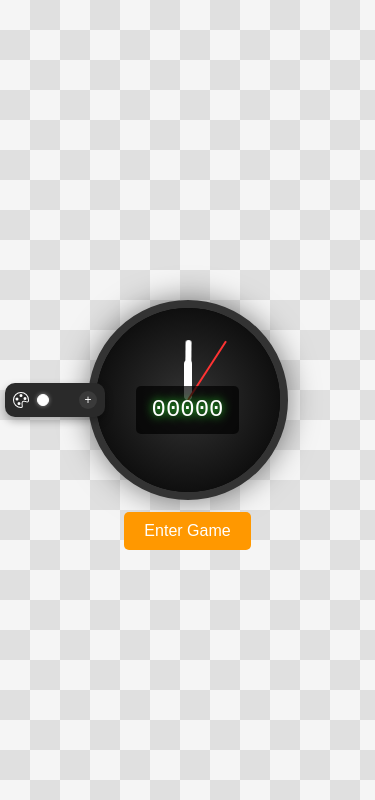
Repository: Moshikol/clicker-battleship
Page: /
An editor plug-in stored every save of this project. The page is shown before and after the next save, followed by the edit.
The browser window is 375 px wide. The pictures show the whole page.
Some web fonts or font styles are not loaded; a fallback is used. The project was rebuilt for these pictures with package versions that can differ from the ones it lists, and the page was loaded fresh each time. Also part of the build but not shown: webpack.config.js, src/components/clicker/Clicker.module.css, src/components/clicker/Clicker.tsx, src/components/grid/ShipPlacement.module.css, src/components/grid/ShipPlacement.tsx, src/components/grid/Grid.module.css, src/components/grid/Grid.tsx, src/components/game/GameBoard.module.css and 5 more.

Above is the page before, as saved 2025-03-18 20:58:40.

### public/index.html
<!DOCTYPE html>
<html lang="en">
<head>
  <meta charset="UTF-8">
  <meta name="viewport" content="width=device-width, initial-scale=1.0">
  <title>Clicker Battleship</title>
  <link rel="icon" href="favicon.ico" />
</head>
<body>
  <div id="root"></div>
</body>
</html>

### src/App.tsx
import React, { useEffect, useState } from 'react';
import { Provider } from 'react-redux';
import { store } from './store/store';
import { Watch } from './components/watch/Watch';
import { Game } from './components/game/Game';
import { useSelector, useDispatch } from 'react-redux';
import { RootState } from './store/store';
import { autoClickTick } from './store/gameSlice';
import ColorPicker from './components/ui/ColorPicker';
import './styles/global.css';

// Component that handles auto-clicking
const AutoClickHandler: React.FC = () => {
  const dispatch = useDispatch();
  const { upgrades } = useSelector((state: RootState) => state.game);

  // Set up auto-clicker interval
  useEffect(() => {
    const autoClickInterval = setInterval(() => {
      if (upgrades.autoClickersCount > 0) {
        dispatch(autoClickTick());
      }
    }, 1000);

    return () => clearInterval(autoClickInterval);
  }, [dispatch, upgrades.autoClickersCount]);

  return null;
};

// Navigation context
export const NavigationContext = React.createContext({
  navigateTo: (page: string) => {},
  currentPage: 'watch'
});

// Main app with navigation
const AppContent: React.FC = () => {
  const [currentPage, setCurrentPage] = useState('watch');

  const navigateTo = (page: string) => {
    setCurrentPage(page);
  };

  return (
    <NavigationContext.Provider value={{ navigateTo, currentPage }}>
      <AutoClickHandler />
      <ColorPicker />
      {currentPage === 'watch' && <Watch />}
      {currentPage === 'game' && <Game />}
    </NavigationContext.Provider>
  );
};

// Root component with Redux Provider
const App: React.FC = () => {
  return (
    <Provider store={store}>
      <AppContent />
    </Provider>
  );
};

export default App;

### src/store/store.ts
import { configureStore } from '@reduxjs/toolkit';
import gameReducer from './gameSlice';
import { loadGameState, saveGameState, clearGameState } from '../utils/storage';

// Clear any existing saved state to start fresh
clearGameState();

// Load saved state if available (will be null now)
const preloadedState = loadGameState();

export const store = configureStore({
  reducer: {
    game: gameReducer,
  },
  preloadedState: preloadedState ? { game: preloadedState } : undefined,
});

// Subscribe to store changes to save state
store.subscribe(() => {
  saveGameState(store.getState().game);
});

export type AppDispatch = typeof store.dispatch;
export type RootState = ReturnType<typeof store.getState>;

### src/components/watch/Watch.tsx
import React, { useState, useContext } from 'react';
import { useSelector, useDispatch } from 'react-redux';
import { RootState } from '../../store/store';
import { click, earnCoins } from '../../store/gameSlice';
import { NavigationContext } from '../../App';
import { useMobileControls } from '../../hooks/useMobileControls';
import styles from './Watch.module.css';

export const Watch: React.FC = () => {
  const dispatch = useDispatch();
  const { resources, stats, counterColor } = useSelector((state: RootState) => state.game);
  const { navigateTo } = useContext(NavigationContext);
  const [isWatchActive, setIsWatchActive] = useState(false);
  const { vibrate, isMobileDevice } = useMobileControls();

  // Handle the click on the watch button
  const handleWatchClick = () => {
    dispatch(click());
    dispatch(earnCoins());

    // Visual feedback - briefly activate the watch
    setIsWatchActive(true);
    setTimeout(() => setIsWatchActive(false), 200);

    // Provide vibration feedback on mobile devices
    if (isMobileDevice()) {
      vibrate(50);
    }
  };

  // Format the click counter display
  const formatClickDisplay = () => {
    console.log('Current total clicks:', stats.totalClicks);
    return stats.totalClicks.toString().padStart(5, '0');
  };

  return (
    <div className={styles.watchContainer}>
      <div className={`${styles.watch} ${isWatchActive ? styles.active : ''}`}>
        <div className={styles.watchface} onClick={handleWatchClick}>
          <div className={styles.clockHands}>
            <div className={styles.hourHand}></div>
            <div className={styles.minuteHand}></div>
            <div className={styles.secondHand}></div>
          </div>
          <div className={styles.clickCounter} style={{ color: counterColor }}>
            {formatClickDisplay()}
          </div>
        </div>
        <div className={styles.watchControls}>
          <button
            className={styles.gameButton}
            onClick={() => navigateTo('game')}
          >
            Enter Game
          </button>
        </div>
      </div>

      {isMobileDevice() && (
        <div className={styles.mobileHint}>
          <p>Tip: Use the volume down button to click!</p>
        </div>
      )}
    </div>
  );
};

### src/components/ui/ColorPicker.tsx
import React, { useEffect, useState } from 'react';
import { useDispatch, useSelector } from 'react-redux';
import { RootState } from '../../store/store';
import { setCounterColor } from '../../store/gameSlice';
import styles from './ColorPicker.module.css';

// Define more visible colors
const COLORS = [
  '#FF0000', // Red
  '#FF7F00', // Orange
  '#FFFF00', // Yellow
  '#00FF00', // Green
  '#0000FF', // Blue
  '#4B0082', // Indigo
  '#9400D3', // Violet
  '#FF1493', // Deep Pink
  '#00FFFF', // Cyan
  '#FF00FF', // Magenta
  '#FFFFFF', // White
  '#00FF7F', // Spring Green
];

const ColorPicker: React.FC = () => {
  const dispatch = useDispatch();
  const currentColor = useSelector((state: RootState) => state.game.counterColor);
  const [isExpanded, setIsExpanded] = useState(false);

  // Log the current color for debugging
  useEffect(() => {
    console.log('ColorPicker - Current color in Redux store:', currentColor);
  }, [currentColor]);

  const handleColorSelect = (color: string) => {
    console.log('ColorPicker - Setting color to:', color);
    dispatch(setCounterColor(color));
  };

  const toggleExpanded = () => {
    setIsExpanded(!isExpanded);
  };

  // Handle click on the entire collapsed picker
  const handlePickerClick = (e: React.MouseEvent) => {
    if (!isExpanded) {
      toggleExpanded();
    }
  };

  // SVG icon for the color palette when collapsed
  const ColorPaletteIcon = () => (
    <svg xmlns="http://www.w3.org/2000/svg" width="16" height="16" fill="currentColor" viewBox="0 0 16 16" className={styles.paletteIcon}>
      <path d="M8 5a1.5 1.5 0 1 0 0-3 1.5 1.5 0 0 0 0 3zm4 3a1.5 1.5 0 1 0 0-3 1.5 1.5 0 0 0 0 3zM5.5 7a1.5 1.5 0 1 1-3 0 1.5 1.5 0 0 1 3 0zm.5 6a1.5 1.5 0 1 0 0-3 1.5 1.5 0 0 0 0 3z"/>
      <path d="M16 8c0 3.15-1.866 2.585-3.567 2.07C11.42 9.763 10.465 9.473 10 10c-.603.683-.475 1.819-.351 2.92C9.826 14.495 9.996 16 8 16a8 8 0 1 1 8-8zm-8 7c.611 0 .654-.171.655-.176.078-.146.124-.464.07-1.119-.014-.168-.037-.37-.061-.591-.052-.464-.112-1.005-.118-1.462-.01-.707.083-1.61.704-2.314.369-.417.845-.578 1.272-.618.404-.038.812.026 1.16.104.343.077.702.186 1.025.284l.028.008c.346.105.658.199.953.266.653.148.904.083.991.024C14.717 9.38 15 9.161 15 8a7 7 0 1 0-7 7z"/>
    </svg>
  );

  return (
    <div
      className={`${styles.colorPicker} ${!isExpanded ? styles.collapsed : ''}`}
      onClick={!isExpanded ? handlePickerClick : undefined}
    >
      <div className={styles.header}>
        {isExpanded ? (
          <h3 className={styles.title}>Counter Color</h3>
        ) : (
          <div className={styles.collapsedIcon}>
            <ColorPaletteIcon />
            <div
              className={styles.currentColorDot}
              style={{ backgroundColor: currentColor }}
              title="Current color"
            />
          </div>
        )}
        <button
          className={styles.toggleButton}
          onClick={(e) => {
            e.stopPropagation();
            toggleExpanded();
          }}
          aria-label={isExpanded ? "Collapse color picker" : "Expand color picker"}
        >
          {isExpanded ? '−' : '+'}
        </button>
      </div>

      {isExpanded && (
        <>
          <div className={styles.colorGrid}>
            {COLORS.map((color, index) => (
              <div
                key={index}
                className={`${styles.colorOption} ${color === currentColor ? styles.selected : ''}`}
                style={{ backgroundColor: color }}
                onClick={(e) => {
                  e.stopPropagation();
                  handleColorSelect(color);
                }}
                title={color}
              />
            ))}
          </div>
          <div className={styles.currentColor}>
            <span>Current: </span>
            <span style={{ color: currentColor, fontWeight: 'bold' }}>Sample Text</span>
          </div>
        </>
      )}
    </div>
  );
};

export default ColorPicker;

### src/styles/global.css
* {
  margin: 0;
  padding: 0;
  box-sizing: border-box;
}

body {
  font-family: -apple-system, BlinkMacSystemFont, 'Segoe UI', Roboto, Oxygen,
    Ubuntu, Cantarell, 'Open Sans', 'Helvetica Neue', sans-serif;
  line-height: 1.6;
  background-color: #f0f2f5;
  color: #333;
  overflow-x: hidden;
}

/* Digital font for watch display */
.digital-font {
  font-family: 'Digital-7', monospace;
}

button {
  cursor: pointer;
  border: none;
  outline: none;
}

a {
  text-decoration: none;
  color: inherit;
}

h1, h2, h3, h4, h5, h6 {
  margin-bottom: 0.5rem;
}

/* Utility classes */
.text-center {
  text-align: center;
}

.container {
  max-width: 1200px;
  margin: 0 auto;
  padding: 0 1rem;
}

/* Responsive adjustments */
@media (max-width: 768px) {
  .container {
    padding: 0 0.5rem;
  }
}

@media (max-width: 480px) {
  html {
    font-size: 14px;
  }
}

.app {
  min-height: 100vh;
  display: flex;
  flex-direction: column;
}

header {
  text-align: center;
  padding: 2rem;
  background-color: #2196f3;
  color: white;
}

h1 {
  font-size: 2.5rem;
  margin-bottom: 0.5rem;
}

main {
  flex: 1;
  padding: 2rem;
}

.game-container {
  max-width: 1200px;
  margin: 0 auto;
}

footer {
  text-align: center;
  padding: 1.5rem;
  background-color: #333;
  color: white;
  margin-top: 2rem;
}

/* Tabs */
.tabs {
  display: flex;
  margin-bottom: 2rem;
  border-bottom: 1px solid #ddd;
}

.tab {
  padding: 1rem 2rem;
  background: none;
  border: none;
  border-bottom: 3px solid transparent;
  font-size: 1rem;
  font-weight: bold;
  color: #666;
  transition: all 0.3s;
}

.tab.active {
  color: #2196f3;
  border-bottom-color: #2196f3;
}

.tab:hover:not(.active) {
  color: #1976d2;
  border-bottom-color: #bbdefb;
}

/* Responsive adjustments */
@media (max-width: 768px) {
  .game-container {
    padding: 0 1rem;
  }

  h1 {
    font-size: 2rem;
  }
}

@media (max-width: 480px) {
  header {
    padding: 1.5rem;
  }

  h1 {
    font-size: 1.75rem;
  }

  main {
    padding: 1rem;
  }
}

### src/utils/storage.ts
import { GameState } from '../store/types';

const STORAGE_KEY = 'clicker_battleship_game_state';
const LEADERBOARD_KEY = 'clicker_battleship_leaderboard';

export interface LeaderboardEntry {
  playerName: string;
  score: number;
  date: string;
  shipsSunk: number;
  bombsLaunched: number;
  hitsLanded: number;
}

export const saveGameState = (state: GameState): void => {
  try {
    localStorage.setItem(STORAGE_KEY, JSON.stringify(state));
  } catch (error) {
    console.error('Failed to save game state:', error);
  }
};

export const loadGameState = (): GameState | null => {
  try {
    const savedState = localStorage.getItem(STORAGE_KEY);
    if (savedState) {
      return JSON.parse(savedState);
    }
  } catch (error) {
    console.error('Failed to load game state:', error);
  }
  return null;
};

export const clearGameState = (): void => {
  try {
    localStorage.removeItem(STORAGE_KEY);
  } catch (error) {
    console.error('Failed to clear game state:', error);
  }
};

export const saveToLeaderboard = (entry: LeaderboardEntry): void => {
  try {
    const leaderboard = getLeaderboard();
    leaderboard.push(entry);

    // Sort by score in descending order
    leaderboard.sort((a, b) => b.score - a.score);

    // Keep only top 10 entries
    const topEntries = leaderboard.slice(0, 10);

    localStorage.setItem(LEADERBOARD_KEY, JSON.stringify(topEntries));
  } catch (error) {
    console.error('Failed to save to leaderboard:', error);
  }
};

export const getLeaderboard = (): LeaderboardEntry[] => {
  try {
    const leaderboard = localStorage.getItem(LEADERBOARD_KEY);
    if (leaderboard) {
      return JSON.parse(leaderboard);
    }
  } catch (error) {
    console.error('Failed to get leaderboard:', error);
  }
  return [];
};

export const calculateScore = (state: GameState): number => {
  // Calculate score based on various factors
  const resourceScore = state.resources.coins * 0.1;
  const upgradeScore =
    state.upgrades.clickMultiplier * 50 +
    state.upgrades.autoClickersCount * 100 +
    state.upgrades.bombEfficiency * 200 +
    state.upgrades.shieldStrength * 150;
  const statsScore =
    state.stats.hitsLanded * 20 +
    state.stats.shipsSunk * 100 -
    state.stats.bombsLaunched * 5;

  return Math.floor(resourceScore + upgradeScore + statsScore);
};

### src/hooks/useMobileControls.ts
import { useEffect } from 'react';
import { useDispatch } from 'react-redux';
import { click } from '../store/gameSlice';

export const useMobileControls = () => {
  const dispatch = useDispatch();

  useEffect(() => {
    // Function to handle volume button presses
    const handleVolumeButtonPress = (e: KeyboardEvent) => {
      // Check for volume down key (code 175 is for volume down)
      if (e.keyCode === 175 || e.key === 'VolumeDown') {
        e.preventDefault(); // Prevent default browser action

        // Trigger click action
        dispatch(click());

        // Vibrate if supported (100ms vibration)
        if ('vibrate' in navigator) {
          navigator.vibrate(100);
        }
      }
    };

    // Add event listener for keydown events
    window.addEventListener('keydown', handleVolumeButtonPress);

    // Clean up on unmount
    return () => {
      window.removeEventListener('keydown', handleVolumeButtonPress);
    };
  }, [dispatch]);

  // Method to trigger vibration
  const vibrate = (duration: number = 100) => {
    if ('vibrate' in navigator) {
      navigator.vibrate(duration);
    }
  };

  // Check if device has vibration support
  const hasVibrationSupport = () => {
    return 'vibrate' in navigator;
  };

  // Method to check if the app is running on a mobile device
  const isMobileDevice = () => {
    return /Android|webOS|iPhone|iPad|iPod|BlackBerry|IEMobile|Opera Mini/i.test(navigator.userAgent);
  };

  return {
    vibrate,
    hasVibrationSupport,
    isMobileDevice,
  };
};

### src/components/ui/ColorPicker.module.css
.colorPicker {
  position: fixed;
  left: 20px;
  top: 50%;
  transform: translateY(-50%);
  background-color: #2a2a2a;
  border-radius: 10px;
  padding: 15px;
  box-shadow: 0 4px 8px rgba(0, 0, 0, 0.3);
  z-index: 100;
  width: 150px;
  transition: all 0.3s ease;
}

.colorPicker:hover {
  transform: translateY(-50%) translateX(5px);
}

.header {
  display: flex;
  justify-content: space-between;
  align-items: center;
  margin-bottom: 15px;
}

.collapsed .header {
  margin-bottom: 0;
}

.title {
  color: #ffffff;
  font-size: 16px;
  margin: 0;
  text-align: left;
}

.toggleButton {
  background-color: #3a3a3a;
  color: white;
  border: none;
  border-radius: 50%;
  width: 24px;
  height: 24px;
  font-size: 16px;
  display: flex;
  align-items: center;
  justify-content: center;
  cursor: pointer;
  transition: background-color 0.2s;
  padding: 0;
  line-height: 1;
}

.toggleButton:hover {
  background-color: #505050;
}

.collapsed {
  width: auto;
  min-width: 85px;
  padding: 10px;
  cursor: pointer;
  transition: all 0.3s ease;
}

.collapsed:hover {
  background-color: #3a3a3a;
  box-shadow: 0 4px 12px rgba(0, 0, 0, 0.4);
}

.collapsed:active {
  transform: translateY(-50%) scale(0.97);
}

.collapsedIcon {
  display: flex;
  align-items: center;
  gap: 8px;
}

.paletteIcon {
  color: #ffffff;
  transition: color 0.2s;
}

.collapsed:hover .paletteIcon {
  color: #aaaaaa;
}

.currentColorDot {
  width: 16px;
  height: 16px;
  border-radius: 50%;
  border: 1px solid #ffffff;
  box-shadow: 0 0 4px rgba(255, 255, 255, 0.5);
  transition: transform 0.2s, box-shadow 0.2s;
}

.collapsed:hover .currentColorDot {
  transform: scale(1.1);
  box-shadow: 0 0 6px rgba(255, 255, 255, 0.7);
}

.colorGrid {
  display: grid;
  grid-template-columns: repeat(3, 1fr);
  grid-gap: 10px;
  margin-bottom: 15px;
}

.colorOption {
  width: 30px;
  height: 30px;
  border-radius: 50%;
  cursor: pointer;
  transition: transform 0.2s, box-shadow 0.2s;
  border: 2px solid transparent;
}

.colorOption:hover {
  transform: scale(1.1);
  box-shadow: 0 0 8px rgba(255, 255, 255, 0.5);
}

.selected {
  border: 2px solid #ffffff;
  box-shadow: 0 0 8px rgba(255, 255, 255, 0.8);
}

.currentColor {
  margin-top: 10px;
  text-align: center;
  color: #ffffff;
  font-size: 14px;
}

@media (max-width: 768px) {
  .colorPicker {
    left: 10px;
    padding: 10px;
    width: 120px;
  }

  .colorGrid {
    grid-template-columns: repeat(3, 1fr);
    grid-gap: 8px;
  }

  .colorOption {
    width: 25px;
    height: 25px;
  }

  .title {
    font-size: 14px;
    margin-bottom: 10px;
  }

  .toggleButton {
    width: 20px;
    height: 20px;
    font-size: 14px;
  }

  .currentColorDot {
    width: 14px;
    height: 14px;
  }
}

@media (max-width: 480px) {
  .colorPicker {
    left: 5px;
    padding: 8px;
    width: 100px;
  }

  .colorGrid {
    grid-gap: 6px;
  }

  .colorOption {
    width: 20px;
    height: 20px;
  }

  .title {
    font-size: 12px;
    margin-bottom: 8px;
  }

  .toggleButton {
    width: 18px;
    height: 18px;
    font-size: 12px;
  }

  .currentColorDot {
    width: 12px;
    height: 12px;
  }
}

Loaded but not shown: src/index.tsx (common file); src/store/gameSlice.ts (635 lines, source omitted); src/components/watch/Watch.module.css (557 lines, source omitted)

After the next save:
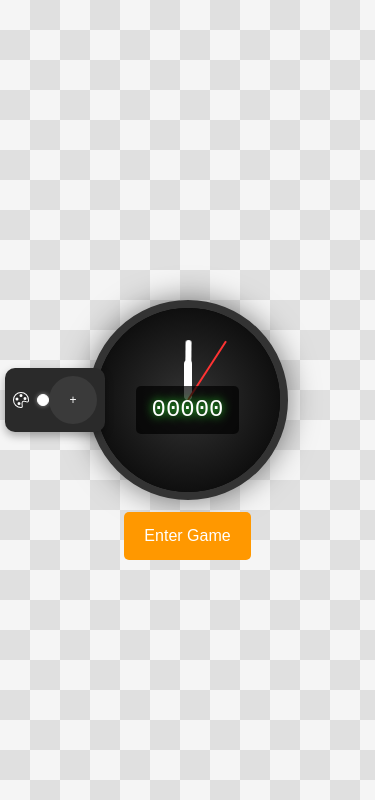
Saved 47 s later.
--- a/src/styles/global.css
+++ b/src/styles/global.css
@@ -2,15 +2,36 @@
   margin: 0;
   padding: 0;
   box-sizing: border-box;
+  -webkit-tap-highlight-color: transparent; /* Remove tap highlight on mobile */
+}
+
+:root {
+  --primary-color: #2196f3;
+  --secondary-color: #4CAF50;
+  --accent-color: #FF9800;
+  --text-color: #333;
+  --background-color: #f0f2f5;
+}
+
+html {
+  height: 100%;
+  overflow-x: hidden;
 }
 
 body {
   font-family: -apple-system, BlinkMacSystemFont, 'Segoe UI', Roboto, Oxygen,
     Ubuntu, Cantarell, 'Open Sans', 'Helvetica Neue', sans-serif;
   line-height: 1.6;
-  background-color: #f0f2f5;
-  color: #333;
+  background-color: var(--background-color);
+  color: var(--text-color);
   overflow-x: hidden;
+  min-height: 100%;
+  position: relative;
+  /* Disable pull-to-refresh on mobile */
+  overscroll-behavior-y: contain;
+  /* Prevent text selection on mobile */
+  -webkit-user-select: none;
+  user-select: none;
 }
 
 /* Digital font for watch display */
@@ -22,6 +43,9 @@ button {
   cursor: pointer;
   border: none;
   outline: none;
+  /* Improve touch target size on mobile */
+  min-height: 44px;
+  min-width: 44px;
 }
 
 a {
@@ -44,16 +68,35 @@ h1, h2, h3, h4, h5, h6 {
   padding: 0 1rem;
 }
 
+/* Mobile fullscreen for PWA */
+@media all and (display-mode: fullscreen) {
+  body {
+    padding: env(safe-area-inset-top) env(safe-area-inset-right) env(safe-area-inset-bottom) env(safe-area-inset-left);
+  }
+}
+
 /* Responsive adjustments */
 @media (max-width: 768px) {
   .container {
     padding: 0 0.5rem;
   }
+
+  button {
+    /* Increase touch target size on mobile */
+    min-height: 48px;
+    min-width: 48px;
+    padding: 0.75rem 1rem;
+  }
 }
 
 @media (max-width: 480px) {
   html {
     font-size: 14px;
+  }
+
+  /* Improves touch interaction on small screens */
+  .clickable {
+    padding: 0.75rem;
   }
 }
 
@@ -66,7 +109,7 @@ h1, h2, h3, h4, h5, h6 {
 header {
   text-align: center;
   padding: 2rem;
-  background-color: #2196f3;
+  background-color: var(--primary-color);
   color: white;
 }
 
@@ -98,6 +141,8 @@ footer {
   display: flex;
   margin-bottom: 2rem;
   border-bottom: 1px solid #ddd;
+  overflow-x: auto; /* Enable horizontal scrolling on mobile */
+  -webkit-overflow-scrolling: touch; /* Smooth scrolling on iOS */
 }
 
 .tab {
@@ -109,11 +154,12 @@ footer {
   font-weight: bold;
   color: #666;
   transition: all 0.3s;
+  white-space: nowrap; /* Prevent text wrapping */
 }
 
 .tab.active {
-  color: #2196f3;
-  border-bottom-color: #2196f3;
+  color: var(--primary-color);
+  border-bottom-color: var(--primary-color);
 }
 
 .tab:hover:not(.active) {
@@ -124,17 +170,25 @@ footer {
 /* Responsive adjustments */
 @media (max-width: 768px) {
   .game-container {
-    padding: 0 1rem;
+    padding: 0 0.5rem;
   }
 
   h1 {
     font-size: 2rem;
   }
+
+  .tabs {
+    padding-bottom: 0.5rem;
+  }
+
+  .tab {
+    padding: 0.75rem 1.25rem;
+  }
 }
 
 @media (max-width: 480px) {
   header {
-    padding: 1.5rem;
+    padding: 1rem;
   }
 
   h1 {
@@ -142,6 +196,10 @@ footer {
   }
 
   main {
-    padding: 1rem;
-  }
-}
+    padding: 0.75rem;
+  }
+
+  .tab {
+    padding: 0.75rem 1rem;
+  }
+}
